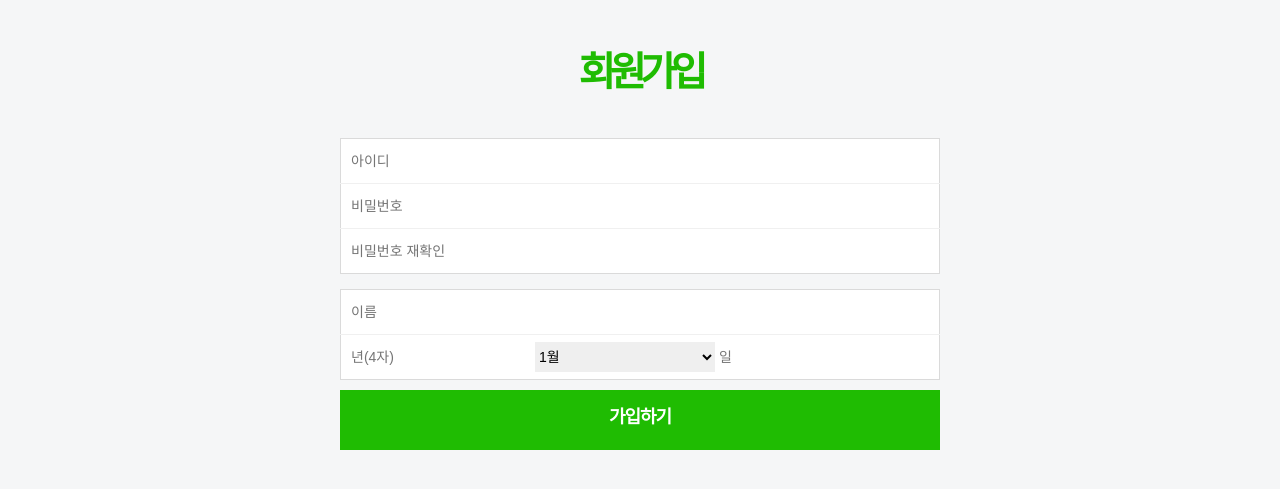
Repository: kimnafla11/webBack-end
Page: 1106/WebContent/login/signInForm.html
These files come from the project's save history. The page is drawn as it stood at one moment and after a run of saves; the edit follows.
The browser window is 1280 px wide. The pictures show the whole page.

Above is the page before, as saved 2019-11-06 03:17:41.

After the next 2 saves:
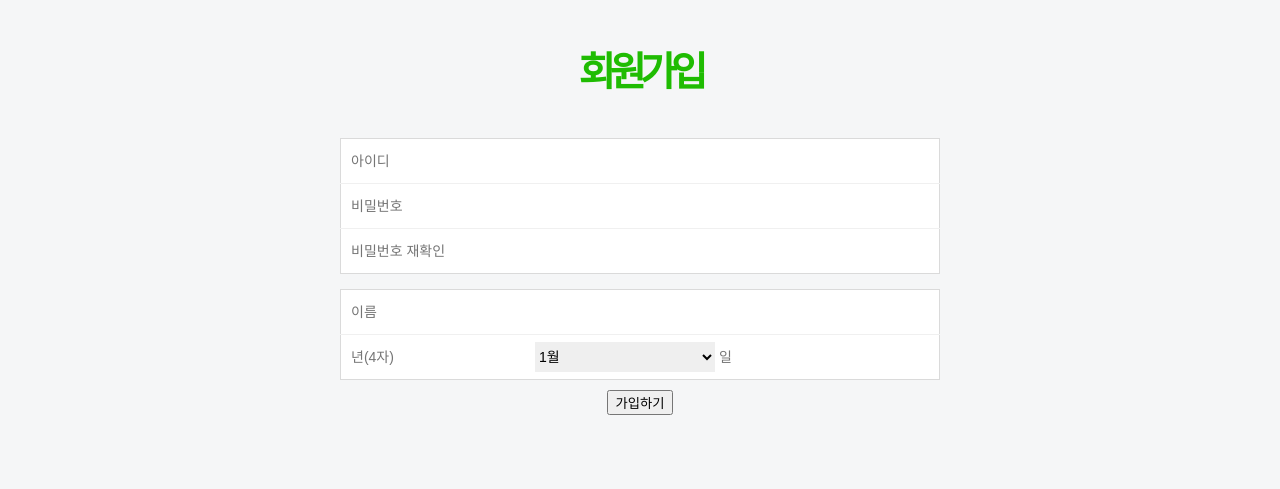
The 2 saves are shown as one change because they came seconds apart.
The last was saved 103 s later.
--- a/1106/WebContent/login/signInForm.html
+++ b/1106/WebContent/login/signInForm.html
@@ -88,7 +88,7 @@
 			<!-- ID, PWD -->
 			<table>
 				<tr>
-					<td>
+					<td><form action = "signIn.jsp" method = "post">
 						<span>
 							<input type="text" id="id" class="input-text" placeholder="아이디" maxlength="20" onfocusout="validateId()">
 						</span>
@@ -154,7 +154,8 @@
 		</div>
 
 		<div class="button-area">
-			<a href="#" class="btn-type-01">가입하기</a>
+			<input type = "submit" value = "가입하기">
+			</form>
 		</div>
 	</div>
 </body>
